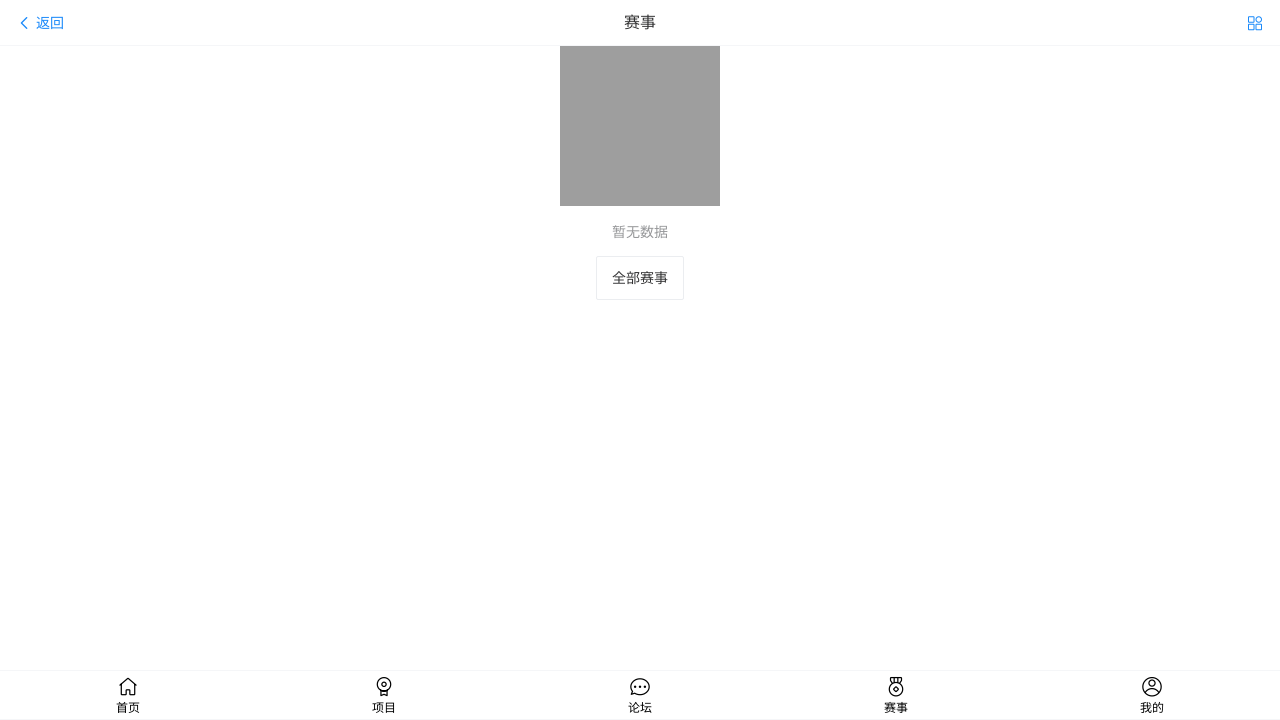
Repository: fisher002/sports
Page: /#/user/listtournament
These files come from the project's save history. The page is drawn as it stood at one moment and after the next save; the edit follows.
The browser window is 1280 px wide. The pictures show the whole page.
Pictures or frames that could not be fetched are drawn as grey boxes. The project was rebuilt for these pictures with package versions that can differ from the ones it lists, and the page was loaded fresh each time. Also part of the build but not shown: src/views/index.vue, src/utils/comUtils.js, src/views/mobile-index/index.vue, src/views/mobile-index/detailcompate.vue, src/views/mobile-index/userRegister.vue, src/views/mobile-index/login.vue, src/views/mobile-index/adminRegister.vue, src/views/mobile-index/adminLogin.vue and 14 more.

Above is the page before, as saved 2020-04-26 20:18:10.

### index.html
<!DOCTYPE html>
<html>
  <head>
    <meta charset="utf-8">
    <meta name="viewport" content="width=device-width,initial-scale=1.0">
    <title>sports</title>
  </head>
  <body>
    <div id="app"></div>
    <!-- built files will be auto injected -->
  </body>
</html>

### src/main.js
// The Vue build version to load with the `import` command
// (runtime-only or standalone) has been set in webpack.base.conf with an alias.
import Vue from 'vue'
import App from './App'
import router from './router'
import Vant from 'vant';
import { Toast } from "vant";
import { Dialog } from 'vant';
import 'vant/lib/index.css';

Vue.use(Toast);
Vue.use(Dialog);
Vue.use(Vant);
Vue.config.productionTip = false

/* eslint-disable no-new */
new Vue({
  el: '#app',
  router,
  components: { App },
  template: '<App/>'
})

### src/App.vue
<template>
  <div id="app">
    <router-view v-if="isRouterAlive" />
  </div>
</template>

<script>
import { Toast } from "vant";
export default {
  name: 'App',
  provide() {
    //父组件中通过provide来提供变量，在子组件中通过inject来注入变量。
    return {
      reload: this.reload
    };
  },
  data() {
    return {
      isRouterAlive: true, //控制视图是否显示的变量
    };
  },
  methods: {
    reload() {
      this.isRouterAlive = false; //先关闭，
      this.$nextTick(function() {
        this.isRouterAlive = true; //再打开
      });
    }
  }
}
</script>

<style>
#app {
  font-family: 'Avenir', Helvetica, Arial, sans-serif;
  -webkit-font-smoothing: antialiased;
  -moz-osx-font-smoothing: grayscale;
  text-align: center;
  color: #2c3e50;
  /* margin-top: 60px; */
}
</style>

### src/router/index.js
import Vue from 'vue'
import Router from 'vue-router'
// import HelloWorld from '@/components/HelloWorld'
import defaultIndex from '@/views/index'
import mobileIndex from '@/views/mobile-index/mobileIndex'
import index from '@/views/mobile-index/index'
import detailcompate from '@/views/mobile-index/detailcompate'
import login from '@/views/mobile-index/login'
import adminlogin from '@/views/mobile-index/adminLogin'
import listmine from '@/views/mobile-mine/listmine'
import detailmine from '@/views/mobile-mine/detailmine'
import listscore from '@/views/mobile-mine/listscore'
import listmessage from '@/views/mobile-mine/listmessage'
import refereemanage from '@/views/mobile-mine/refereeManage'
import listcontestant from '@/views/mobile-mine/listcontestant'
import signupmine from '@/views/mobile-mine/signupmine'
import listitem from '@/views/mobile-item/listitem'
import detailitem from '@/views/mobile-item/detailitem'
import listcomment from '@/views/mobile-comment/listcomment'
import listtournament from '@/views/mobile-tournament/listtournament'
import listtournaments from '@/views/mobile-tournament/listtournaments'

Vue.use(Router)

export default new Router({
  routes: [
    {
      path: '/',
      name: 'index',
      component: defaultIndex,
    },
    {
      path: '/user',
      name: 'mobileIndex',
      component: mobileIndex,
      redirect: '/user/index',
      children: [
        {
          path: '/user/index',
          name: 'index',
          meta: {
            label: "首页"
          },
          component: index
        },
        {
          path: '/user/detailcompate',
          name: 'detailcompate',
          meta: {
            label: "赛事详情"
          },
          component: detailcompate
        },
        {
          path: '/user/listmine',
          name: 'listmine',
          meta: {
            label: "我的"
          },
          component: listmine
        },
        {
          path: '/user/detailmine',
          name: 'detailmine',
          meta: {
            label: "我的信息"
          },
          component: detailmine
        },
        {
          path: '/user/refereemanage',
          name: 'refereemanage',
          meta: {
            label: "我的赛事管理"
          },
          component: refereemanage
        },
        {
          path: '/user/listcontestant',
          name: 'listcontestant',
          meta: {
            label: "运动员管理"
          },
          component: listcontestant
        },
        {
          path: '/user/signupmine',
          name: 'signupmine',
          meta: {
            label: "我的报名"
          },
          component: signupmine
        },
        {
          path: '/user/listscore',
          name: 'listscore',
          meta: {
            label: "我的成绩"
          },
          component: listscore
        },
        {
          path: '/user/listmessage',
          name: 'listmessage',
          meta: {
            label: "我的消息"
          },
          component: listmessage
        },
        {
          path: '/user/listitem',
          name: 'listitem',
          meta: {
            label: "项目"
          },
          component: listitem
        },
        {
          path: '/user/detailitem',
          name: 'detailitem',
          meta: {
            label: "项目列表"
          },
          component: detailitem
        },
        {
          path: '/user/listcomment',
          name: 'listcomment',
          meta: {
            label: "论坛"
          },
          component: listcomment
        },
        {
          path: '/user/listtournament',
          name: 'listtournament',
          meta: {
            label: "赛事"
          },
          component: listtournament
        },
        {
          path: '/user/listtournaments',
          name: 'listtournaments',
          meta: {
            label: "全部赛事时间"
          },
          component: listtournaments
        },
      ]
    },
    {
      path: '/login',
      name: 'login',
      meta: {
        label: "用户登录"
      },
      component: login
    },
    {
      path: '/adminlogin',
      name: 'adminlogin',
      meta: {
        label: "管理员登录"
      },
      component: adminlogin
    },
  ]
})

### src/views/mobile-index/mobileIndex.vue
<template>
  <div>
    <div class="fixed-top">
      <top></top>
    </div>
    <div class="router-view">
      <router-view />
    </div>
    <bottom></bottom>
  </div>
</template>
<script>
import bottom from "@/components/public/bottom";
import top from "@/components/public/top";
export default {
  components: { bottom, top },
  data() {
    return {};
  }
};
</script>
<style lang="scss" scoped>
.router-view {
  width: 100%;
  padding: 46px 0;
}
.fixed-top {
  width: 100%;
  position: fixed;
  top: 0;
  z-index: 9999;
}
</style>

### src/views/mobile-tournament/listtournament.vue
<template>
  <div class="game-list">
    <van-pull-refresh v-model="isLoading" success-text="刷新成功" @refresh="onRefresh">
      <div class="data-list" v-if="data.list && data.list.length > 0">
        <div v-if="ingData" style="width: 100%">
          <div class="sort-title">正在进行的赛事</div>
          <div class="list-item" v-for="item in ingData" :key="item.id" @click="toDeatil(item.id)">
            <div class="item-title">{{item.schoolName}}</div>
            <div class="item-content">
              <div class="item-top font-size14">
                <div>名称：{{item.compateEventName}}</div>
                <div>场地：{{item.location}}</div>
                <div v-html="formatStatus(item.status)"></div>
              </div>
              <div class="item-top font-size13 color-g">
                <div>开始时间：{{formatDate(item.startTime)}}</div>
                <div>结束时间：{{formatDate(item.endTime)}}</div>
              </div>
            </div>
          </div>
          <van-empty v-if="ingData.length <= 0" description="暂无正在进行的比赛" />
        </div>
        <div v-if="willData" style="width: 100%">
          <div class="sort-title">即将进行的赛事</div>
          <div class="list-item" v-for="item in willData" :key="item.id" @click="toDeatil(item.id)">
            <div class="item-title">{{item.schoolName}}</div>
            <div class="item-content">
              <div class="item-top font-size14">
                <div>名称：{{item.compateEventName}}</div>
                <div>场地：{{item.location}}</div>
                <div v-html="formatStatus(item.status)"></div>
              </div>
              <div class="item-top font-size13 color-g">
                <div>开始时间：{{formatDate(item.startTime)}}</div>
                <div>结束时间：{{formatDate(item.endTime)}}</div>
              </div>
            </div>
          </div>
          <van-empty v-if="willData.length <= 0" description="暂无将要进行的比赛" />
        </div>
        <div class="load-btn" v-show="data.hasNextPage">
          <van-button
            class="load-btn"
            @click="toLoadMore"
            :loading="loading"
            type="info"
            loading-text="加载中..."
          >点击加载更多</van-button>
        </div>
      </div>
      <div v-else>
        <van-empty description="暂无数据" />
      </div>
    </van-pull-refresh>
    <div class="fixed bottom-right">
      <van-button type="default">全部赛事</van-button>
    </div>
  </div>
</template>
<script>
import utils from "@/utils/comUtils";
import { Toast } from "vant";
import api from "./courUrl";
export default {
  data() {
    return {
      loading: false,
      isLoading: false,
      values: 0,
      data: "",
      pageNum: 1,
      willData: [],
      ingData: [],
      params: {
        status: "",
        schoolId: ""
      }
    };
  },
  created() {
    this.checkLogin();
  },
  methods: {
    /**检查是否登录 */
    checkLogin() {
      if (utils.checkLogin()) {
        // 获取对应比赛项目
        this.params.schoolId = sessionStorage.getItem("schoolId");
        this.getSchoolCompatePageList();
      }
    },
    /**获取比赛项目信息 */
    getSchoolCompatePageList(type) {
      let params = utils.checkParams(this.params);
      api.getSchoolCompatePageList(params, this.pageNum).then(
        res => {
          this.isLoading = false;
          if (res.data.code == 10000) {
            if (type === "0") {
              this.data.list.push(...res.data.data.list);
              this.willData.push(...this.sortDataw(res.data.data.list));
              this.ingData.push(...this.sortDatai(res.data.data.list));
              return;
            }
            this.willData = this.sortDataw(res.data.data.list);
            this.ingData = this.sortDatai(res.data.data.list);
            this.data = res.data.data;
            return;
          }
          Toast(res.data.msg);
        },
        res => {
          this.isLoading = false;
          Toast(res.data.msg);
        }
      );
    },
    /**数据分类ing */
    sortDatai(data) {
      let datas = [];
      if (data) {
        data.forEach(e => {
          if (e.status === "ing") {
            datas.push(e);
          }
        });
        return datas;
      }
    },
    /**数据分类will */
    sortDataw(data) {
      let datas = [];
      if (data) {
        data.forEach(e => {
          if (e.status === "will") {
            datas.push(e);
          }
        });
        return datas;
      }
    },
    /**加载更多 */
    toLoadMore() {
      this.loading = !this.loading;
      if (this.pageNum == this.data.pages) {
        return;
      }
      if (this.data.hasNextPage) {
        this.pageNum++;
        this.getSchoolCompatePageList("0");
      }
    },
    /**下拉刷新 */
    onRefresh() {
      this.pageNum = 1;
      this.getSchoolCompatePageList();
    },
    /**toDeatil */
    toDeatil(id) {
      // this.$router.push({
      //   path: "/user/detailcompate",
      //   query: {
      //     compateId: `${id}`
      //   }
      // });
    },
    /**状态格式化 */
    formatStatus(res) {
      return utils.formatStatus(res);
    },
    /**日期格式化 */
    formatDate(res) {
      return utils.formatDates(res);
    }
  }
};
</script>
<style lang="scss" scoped>
.font-size13 {
  font-size: 13px;
}
.font-size14 {
  font-size: 14px;
}
.font-size15 {
  font-size: 15px;
}
.color-g {
  color: #969494;
}
.game-list {
  .drop-menu {
    display: flex;
  }
  .data-list {
    display: flex;
    padding: 0 10px;
    flex-wrap: wrap;
    .sort-title {
      display: flex;
    }
    .list-item {
      display: flex;
      width: 100%;
      flex-wrap: wrap;
      border-radius: 5px;
      overflow: hidden;
      box-shadow: #dacbcb 0 0 10px;
      margin: 8px 0;
      .item-title {
        display: flex;
        width: 100%;
        padding: 3px 5px;
        font-size: 17px;
        font-weight: bold;
      }
      .item-content {
        display: flex;
        width: 100%;
        padding: 3px 0;
        flex-wrap: wrap;
        .item-top {
          display: flex;
          width: 100%;
          justify-content: space-between;
          padding: 4px 5px;
        }
      }
    }
    .load-btn {
      width: 100%;
      height: 20px;
      line-height: 18px !important;
    }
  }
}
.van-empty {
 padding: 0 !important;
}
</style>

### src/components/public/bottom.vue
<template>
  <div>
    <van-tabbar v-model="active" inactive-color="#000000" active-color="#000000" @change="onChange">
      <van-tabbar-item name="首页" icon="wap-home-o" replace to="/user">首页</van-tabbar-item>
      <van-tabbar-item name="项目" icon="award-o" replace to="/user/listitem">项目</van-tabbar-item>
      <van-tabbar-item name="消息" icon="chat-o" replace to="/user/listcomment">论坛</van-tabbar-item>
      <van-tabbar-item name="赛事" icon="medal-o" replace to="/user/listtournament">赛事</van-tabbar-item>
      <van-tabbar-item name="我的" icon="user-circle-o" replace to="/user/listmine">我的</van-tabbar-item>
    </van-tabbar>
  </div>
</template>
<script>
import { Toast } from "vant";
export default {
  data() {
    return {
      active: "首页"
    };
  },
  methods: {
    onChange(val) {
      // this.$emit('setTitle',val);
    }
  }
};
</script>
<style lang="scss" scoped>
</style>

### src/components/public/top.vue
<template>
  <div>
    <van-nav-bar
      :title="topTitle"
      left-text="返回"
      left-arrow
      @click-left="onClickLeft"
      @click-right="onClickRight"
    >
      <template #right>
        <van-icon name="apps-o" size="18" />
      </template>
    </van-nav-bar>
    <van-popup v-model="showBtn" position="right" :style="{ height: '100%' }">
      <div class="side-btn">
        <van-button block style="color:#1989fa">关于我们</van-button>
        <van-button v-if="isLogin == false" block style="color:#1989fa" @click="toLogin">立即登录</van-button>
        <van-button v-if="isLogin == true" block style="color:#1989fa" @click="outLogin">退出登录</van-button>
        <van-button block style="color:#1989fa" @click="showBtn = !showBtn">关闭菜单</van-button>
      </div>
    </van-popup>
  </div>
</template>
<script>
import { Toast } from "vant";
import api from "@/views/mobile-index/indexUrl";
export default {
  inject: ["reload"],
  name: "top",
  data() {
    return {
      showBtn: false,
      isLogin: false
    };
  },
  computed: {
    topTitle() { // 返回title
      return this.$route.meta.label ? this.$route.meta.label : '默认';
    }
  },
  methods: {
    onClickLeft() {
      if(sessionStorage.getItem("isLogin") == "true" && this.noBack()) {
        return;
      }
      if (this.$route.path === "/user/index") {
        this.$router.replace('/')
        return;
      }
      this.$router.go(-1);
    },
    /**路由回退检查 */
    noBack() {
      let flag = this.$route.name;
      if(flag.match(/index|listmine|listcomment|listitem|listtournament/i)) {
        return true;
      }
      return false;
    },
    onClickRight() {
      this.showBtn = !this.showBtn;
      this.checkLogin();
    },
    /**检查是否登录 */
    checkLogin() {
      if (sessionStorage.getItem("isLogin") == "true") {
        this.isLogin = true;
      }
    },
    /**登录 */
    toLogin() {
      this.showBtn = !this.showBtn;
      this.$router.replace("/login");
    },
    /**退出登录 */
    outLogin() {
      if (this.isLogin == true) {
        api.outLogin().then(res => {
          if (res.data.code == 10000) {
            this.showBtn = !this.showBtn;
            this.isLogin = false;
            sessionStorage.clear();
            if (this.$route.path !== "/user/index") {
              this.$router.replace("/user");
              this.reload();
              return;
            }
            this.reload();
          }
        });
      }
    }
  }
};
</script>
<style lang="scss" scoped>
.side-btn {
  width: 120px;
  height: 100%;
  background: #ffffff;
}
</style>

### src/views/mobile-index/indexUrl.js
import axios from 'axios'
const baseUrl = "/api"

export default {
    checkLogin(params) {
        return axios({
            method: 'post',
            url: `${baseUrl}/login`,
            data: params
        })
    },
    outLogin() {
        return axios({
            method: 'GET',
            url: `${baseUrl}/loginout`
        })
    },
    userRegister(params) {
        return axios({
            method: 'post',
            url: `${baseUrl}/studentRegistered/add`,
            data: params
        })
    },
    adminRegister(params) {
        return axios({
            method: 'post',
            url: `${baseUrl}/login`,
            data: params
        })
    },
    getSchoolList() {
        return axios({
            method: 'post',
            url: `${baseUrl}/school/list`,
            data: {}
        })
    },
    getSchoolCompateList(params) {
        return axios({
            method: 'POST',
            url: `${baseUrl}/schoolCompate/list`,
            data: params
        })
    },
    getCompateStudentList(params) {
        return axios({
            method: 'POST',
            url: `${baseUrl}/sm/compateStudent/list`,
            data: params
        })
    },
    getCompateStudentPageList(params,pageNum) {
        return axios({
            method: 'POST',
            url: `${baseUrl}/sm/compateStudent/page/${pageNum}`,
            data: params
        })
    },
    getSchoolCompatePageList(params,pageNum) {
        return axios({
            method: 'POST',
            url: `${baseUrl}/schoolCompate/page/${pageNum}`,
            data: params
        })
    },
    getCompateDetail(id) {
        return axios({
            method: 'get',
            url: `${baseUrl}/schoolCompate/${id}`
        })
    },
    toSignUp(params) {
        return axios({
            method: 'POST',
            url: `${baseUrl}/sm/compateStudent/add`,
            data: params
        })
    },
    toSignUpReferee(params) {
        return axios({
            method: 'POST',
            url: `${baseUrl}/sm/compateStudent/addReferee`,
            data: params
        })
    }
}

### src/views/mobile-tournament/courUrl.js
import axios from 'axios'
const baseUrl = "/api"

export default {
    getSchoolCompatePageList(params, pageNum) {
        return axios({
            method: 'POST',
            url: `${baseUrl}/schoolCompate/page/${pageNum}`,
            data: params
        })
    },
}

After the next save:
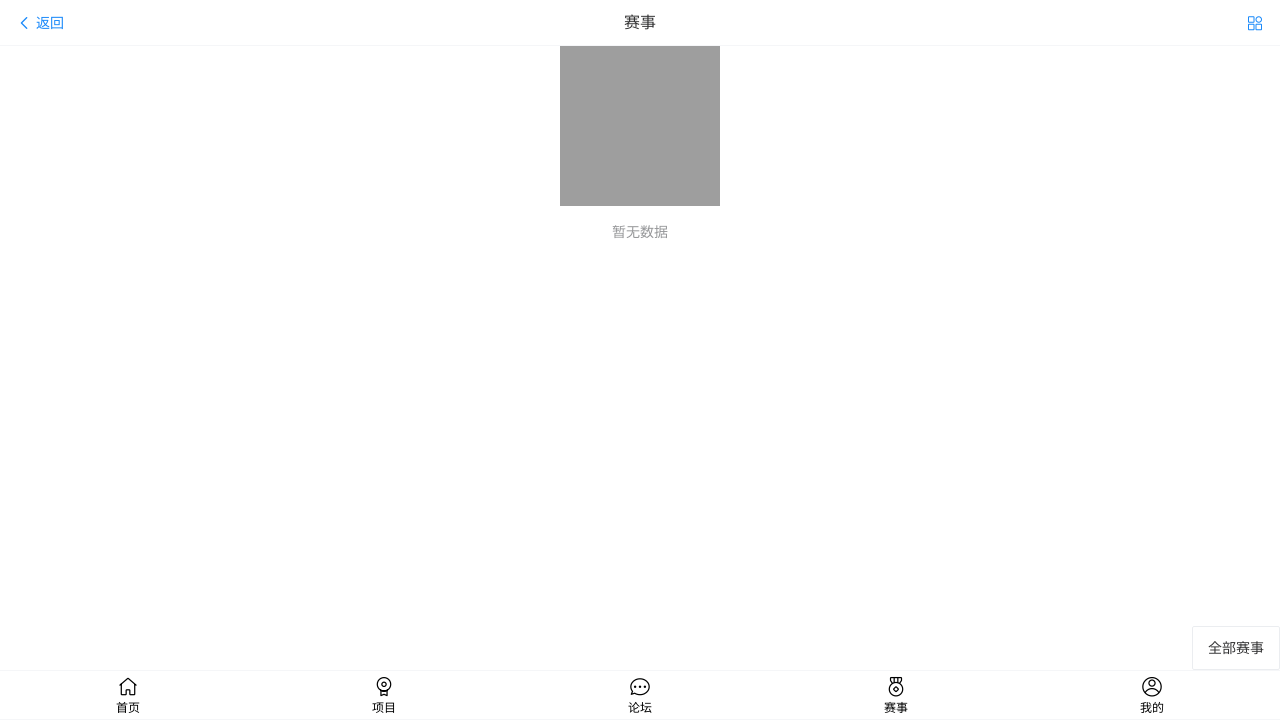
Saved 5 s later.
--- a/src/views/mobile-tournament/listtournament.vue
+++ b/src/views/mobile-tournament/listtournament.vue
@@ -176,6 +176,13 @@ export default {
 };
 </script>
 <style lang="scss" scoped>
+.fixed {
+  position: fixed;
+}
+.bottom-right {
+  bottom: 50px;
+  right: 0;
+}
 .font-size13 {
   font-size: 13px;
 }
